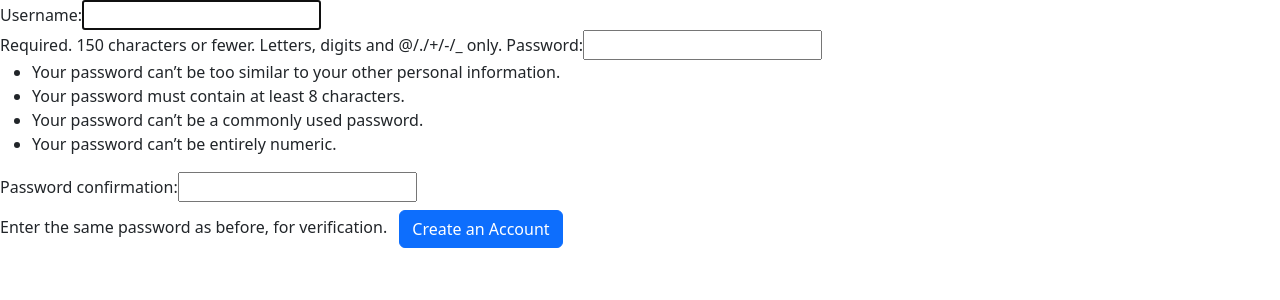
Repository: Ndifoinhilary/django_referrals_system
Page: http://localhost/signup/
These files come from the project's save history. The page is drawn as it stood at one moment and after the next save; the edit follows.
The browser window is 1280 px wide. The pictures show the whole page.
The page is served by the project's application, run on Django 3.2 (manage.py). Other server files are loaded and not shown.

Above is the page before, as saved 2024-01-09 23:44:49.

### referrals/templates/signup.html
{% extends "base.html" %}
{% load crispy_forms_tags %}



{% block content %}
  <form action="" method="post">
    {% csrf_token %}
    {{form}}
    <button class="btn btn-primary m-2"> Create an Account</button>

  </form>
{% endblock content %}

### referrals/templates/base.html
<!DOCTYPE html>
<html lang="en">
<head>
    <meta charset="UTF-8">
    <meta name="viewport" content="width=device-width, initial-scale=1.0">
    <title>Referrals System</title>
    <link href="https://cdn.jsdelivr.net/npm/bootstrap@5.3.2/dist/css/bootstrap.min.css" rel="stylesheet" integrity="sha384-T3c6CoIi6uLrA9TneNEoa7RxnatzjcDSCmG1MXxSR1GAsXEV/Dwwykc2MPK8M2HN" crossorigin="anonymous">

</head>
<body>


    {% block content %}

    {% endblock content %}

    <script src="https://cdn.jsdelivr.net/npm/bootstrap@5.3.2/dist/js/bootstrap.bundle.min.js" integrity="sha384-C6RzsynM9kWDrMNeT87bh95OGNyZPhcTNXj1NW7RuBCsyN/o0jlpcV8Qyq46cDfL" crossorigin="anonymous"></script>
</body>
</html>

### referrals/views.py
from django.shortcuts import render, redirect
from referrals.models import Profile
from django.contrib.auth.forms import UserCreationForm
from django.contrib.auth.models import User
from django.contrib.auth import login, authenticate

# Create your views here.


def signup_view(request):
    profile_id = request.session.get("ref_profile")
    print("profile_id", profile_id)
    form = UserCreationForm(request.POST or None)
    if form.is_valid():
        if profile_id is not None:
            recommeneded_by_profile = Profile.objects.get(id=profile_id)

            instance = form.save()

            registered_user = User.objects.get(id=instance.id)
            registered_profile = Profile.objects.get(user=registered_user)
            registered_profile.recommended_by = recommeneded_by_profile

            registered_profile.save()
        else:
            form.save()

        username = form.cleaned_data.get("username")
        password = form.cleaned_data.get("password1")

        user = authenticate(request, username=username, password=password)

        login(request, user)
        return redirect("main")

    return render(request, "signup.html", {"form": form})


def main_view(request, *args, **kwargs):
    code = kwargs.get("ref_code")
    try:
        profile = Profile.objects.get(code=code)
        # store the profile id in the sessions variable ref_profile
        request.session["ref_profile"] = profile.id

    except:
        pass
    return render(request, "main.html")

### config/urls.py
"""config URL Configuration

The `urlpatterns` list routes URLs to views. For more information please see:
    https://docs.djangoproject.com/en/3.2/topics/http/urls/
Examples:
Function views
    1. Add an import:  from my_app import views
    2. Add a URL to urlpatterns:  path('', views.home, name='home')
Class-based views
    1. Add an import:  from other_app.views import Home
    2. Add a URL to urlpatterns:  path('', Home.as_view(), name='home')
Including another URLconf
    1. Import the include() function: from django.urls import include, path
    2. Add a URL to urlpatterns:  path('blog/', include('blog.urls'))
"""
from django.contrib import admin
from django.urls import path,include

urlpatterns = [
    path('admin/', admin.site.urls),
    path('', include('referrals.urls'))
]

### referrals/urls.py
from django.urls import path

from . import views


urlpatterns = [
    path("", views.main_view, name="main"),
    path("signup/", views.signup_view, name="signup"),
    path("<str:ref_code>/", views.main_view, name="main"),
]

After the next save:
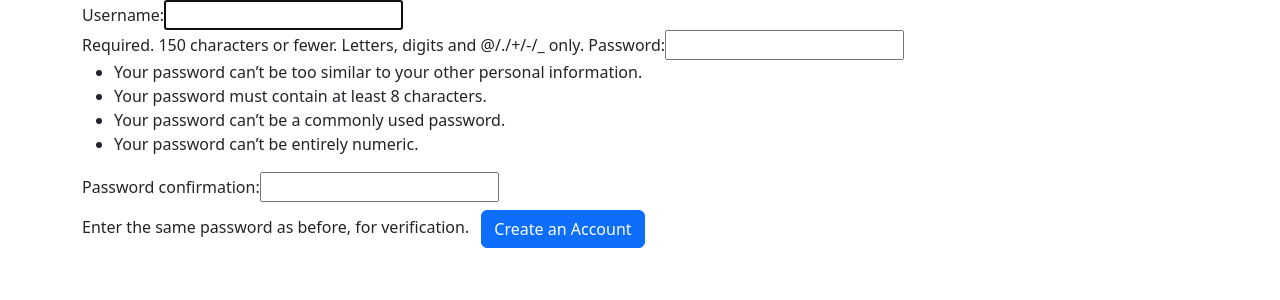
Saved 36 s later.
--- a/referrals/templates/signup.html
+++ b/referrals/templates/signup.html
@@ -4,10 +4,12 @@
 
 
 {% block content %}
-  <form action="" method="post">
-    {% csrf_token %}
-    {{form}}
-    <button class="btn btn-primary m-2"> Create an Account</button>
+<div class="container">
+    <form action="" method="post">
+        {% csrf_token %}
+        {{form}}
+        <button class="btn btn-primary m-2"> Create an Account</button>
 
-  </form>
+      </form>
+</div>
 {% endblock content %}
